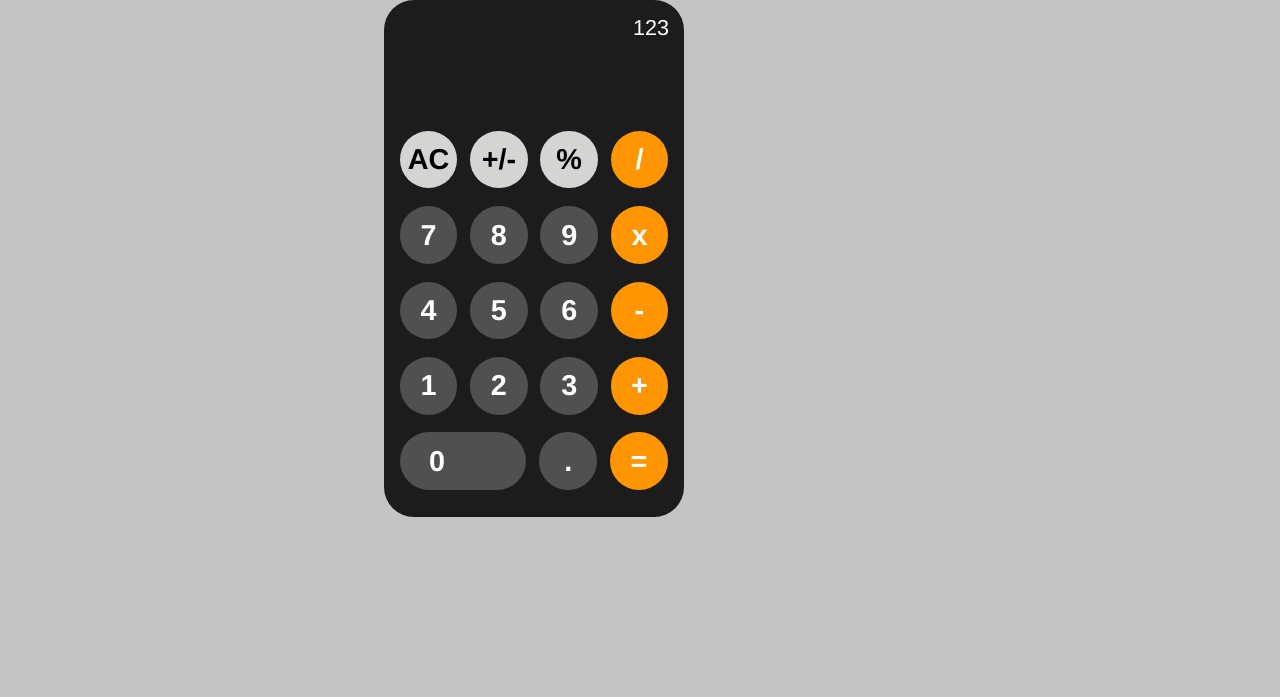
Repository: raulpenate/Calculadora-VUE3
Page: /
The author's editor kept a copy of each file at every save. The page is drawn from the files as they stood at one save, then again after the next save.
The browser window is 1280 px wide. The pictures show the whole page.
The project was rebuilt for these pictures with package versions that can differ from the ones it lists, and the page was loaded fresh each time. Also part of the build but not shown: src/components/HelloWorld.vue.

Above is the page before, as saved 2022-03-11 14:32:41.

### src/App.vue
<template>
  <HelloWorld msg="Welcome to Your Vue.js App"/>
  <Calculator/>
</template>

<script>
import HelloWorld from './components/HelloWorld.vue'
import Calculator from './components/Calculator.vue'

export default {
  name: 'App',
  components: {
    Calculator
  }
}
</script>

<style>
#app {
  font-family: Avenir, Helvetica, Arial, sans-serif;
}
</style>

### src/components/Calculator.vue
<template>
  <div class="container">
    <div class="carcasa">
      <div class="pantalla">
        <div class="datosanteriores"><label class="">123</label></div>
        <input class="pantallainterna" type="number" name="numero" />
      </div>
      <div class="fila">
        <div class="boton gris">AC</div>
        <div class="boton gris">+/-</div>
        <div class="boton gris">%</div>
        <div class="boton orange">/</div>
      </div>
      <div class="fila">
        <div class="boton">7</div>
        <div class="boton">8</div>
        <div class="boton">9</div>
        <div class="boton orange">x</div>
      </div>
      <div class="fila">
        <div class="boton">4</div>
        <div class="boton">5</div>
        <div class="boton">6</div>
        <div class="boton orange">-</div>
      </div>
      <div class="fila">
        <div class="boton">1</div>
        <div class="boton">2</div>
        <div class="boton">3</div>
        <div class="boton orange">+</div>
      </div>
      <div class="fila final">
        <div class="boton grande">0</div>
        <div class="boton">.</div>
        <div class="boton orange">=</div>
      </div>
    </div>
  </div>
</template>

<script>
export default {};
</script>

<style>
* {
  padding: 0;
  margin: 0;
  box-sizing: border-box;
}

body {
  background: #c4c4c4;
  margin: auto 30%;
}

/* CARCASA */

.carcasa {
  background: #1c1c1c;
  display: flex;
  flex-flow: wrap;
  justify-content: space-between;
  border-radius: 30px;
  max-width: 300px;
}

/* PANTALLA */

.pantalla {
  padding: 5%;
  display: flex;
  flex-wrap: wrap;
  align-content: stretch;
  width: 100%;
}

.pantallainterna {
  display: inline-block;
  position: relative;
  width: 100%;
  background: #1c1c1c;
  color: #ffffff;
  outline: none;
  border: none;
  text-align: right;
  font-size: 8vh;
}

input[type="number"]::-webkit-inner-spin-button,
input[type="number"]::-webkit-outer-spin-button {
  -webkit-appearance: none;
  margin: 0;
}

.datosanteriores {
  font-size: 3vh;
  width: 100%;
  color: #fff;
  text-align: right;
}

/* BOTONES */

.fila {
  width: 100%;
  font-weight: bold;
  display: flex;
  flex-flow: wrap row;
  justify-content: space-evenly;
  margin: 2%;
}

.boton {
  background: #505050;
  color: #ffffff;
  width: 20px;
  height: 20px;
  position: relative;
  font-size: 4vh;
  padding: 10%;
  display: flex;
  justify-content: center;
  align-items: center;
  border-radius: 50%;
  margin: 1%;
}

.orange {
  background: #ff9500;
}

.gris {
  background: #d4d4d2;
  color: #000;
}

.boton:hover {
  background: rgba(255, 255, 255, 0.4);
}

.orange:hover {
  background: rgba(247, 127, 72, 0.9);
}

.inicio {
  margin-top: 1%;
}

.final {
  margin-bottom: 8%;
}

.grande {
  flex-grow: 0.7;
  border-radius: 50px;
  display: flex;
  justify-content: start;
}
</style>

Loaded but not shown: public/index.html (common file); src/main.js (common file)

After the next save:
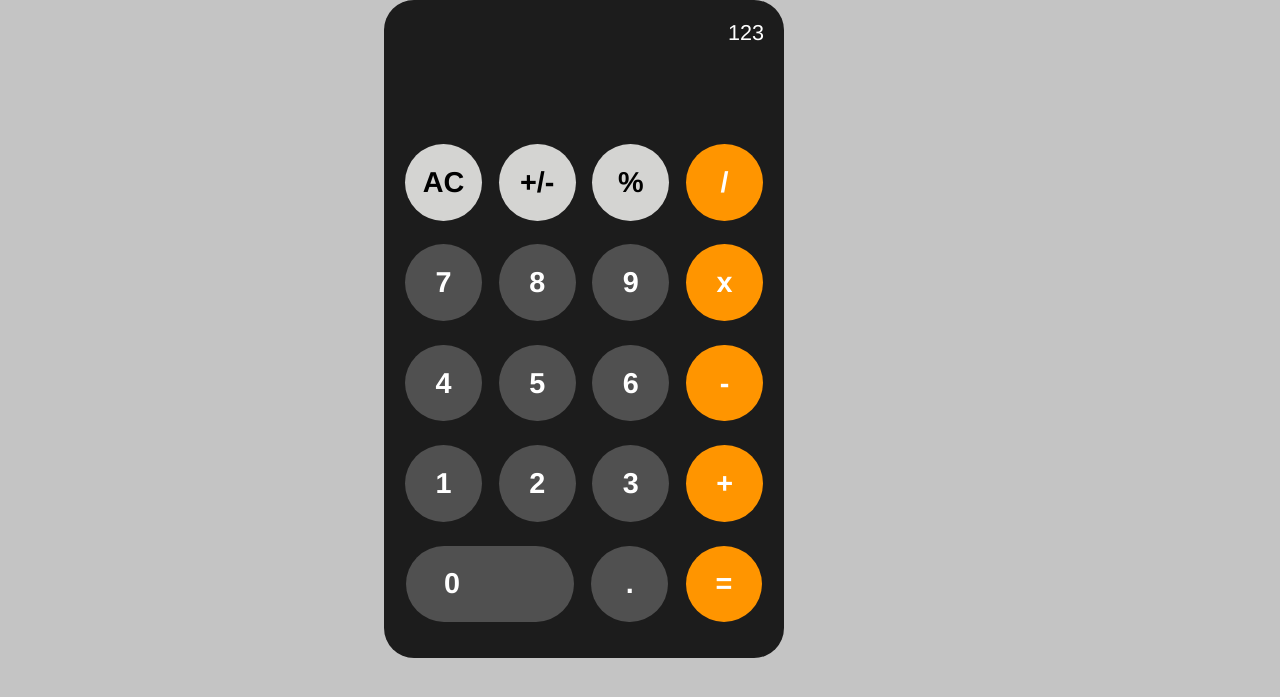
Saved 17 s later.
--- a/src/components/Calculator.vue
+++ b/src/components/Calculator.vue
@@ -62,7 +62,7 @@ body {
   flex-flow: wrap;
   justify-content: space-between;
   border-radius: 30px;
-  max-width: 300px;
+  max-width: 400px;
 }
 
 /* PANTALLA */
